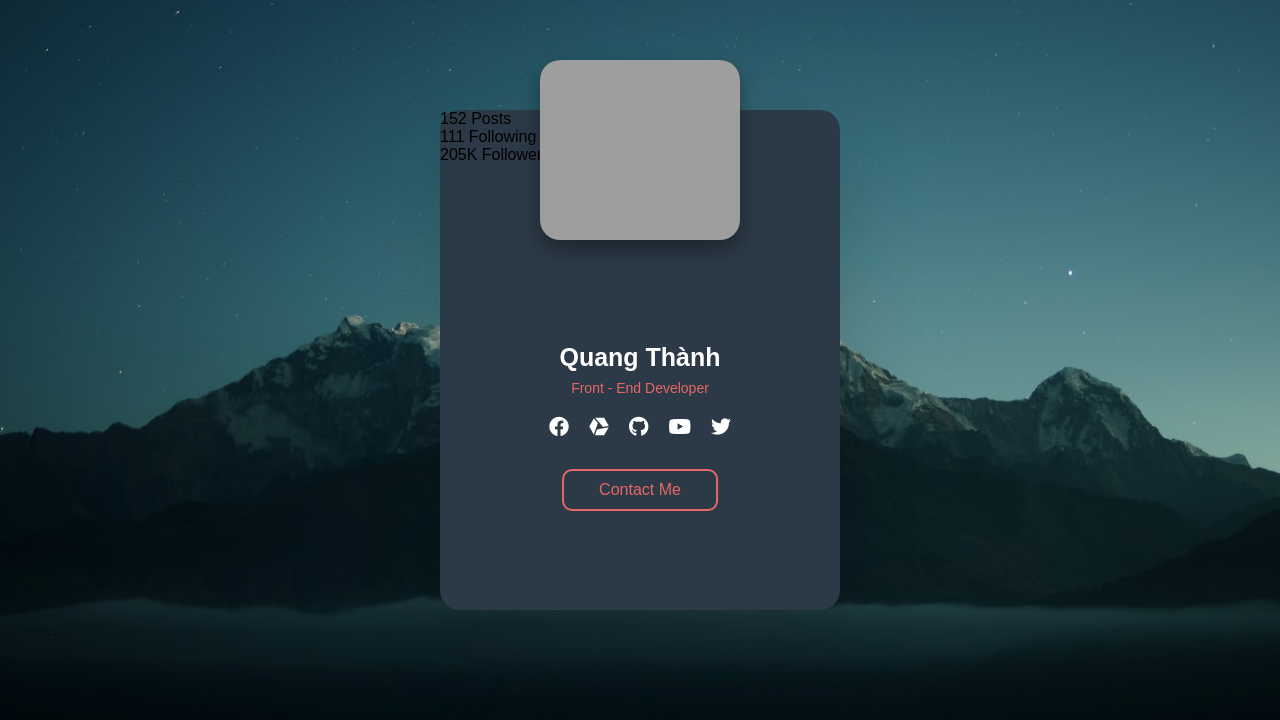
Repository: QuangThanh152/Profile-me
Page: index.html
The author's editor kept a copy of each file at every save. The page is drawn from the files as they stood at one save, then again after the next save.
The browser window is 1280 px wide. The pictures show the whole page.
Pictures or frames that could not be fetched are drawn as grey boxes.

Above is the page before, as saved 2022-10-07 15:49:47.

After the next save:
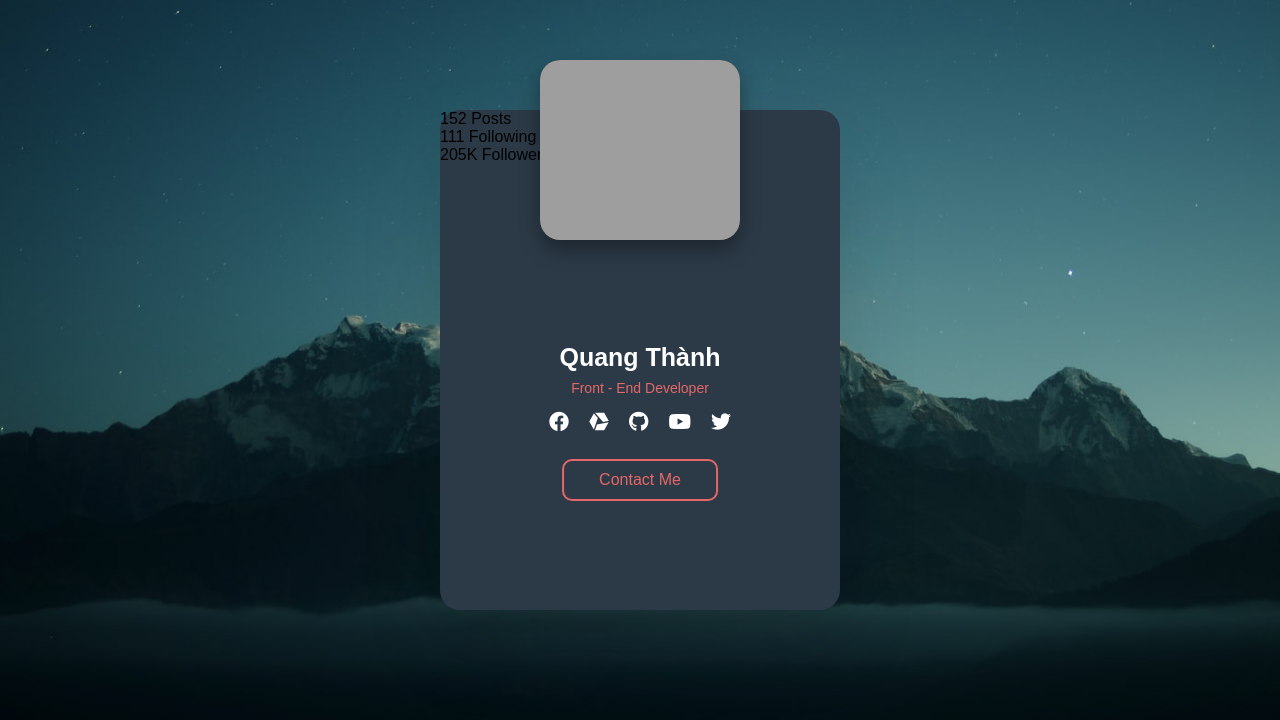
Saved 43 s later.
--- a/accets/main.css
+++ b/accets/main.css
@@ -70,13 +70,13 @@ body {
 }
 .desc {
     font-size: 14px;
-    padding: 0 0 20px 0;
+    padding: 0 0 15px 0;
     color: #e66767;
 }
 .SocialNetwork {
     display: flex;
     justify-content: center;
-    margin: 0 0 20px 0;
+    margin: 0 0 15px 0;
 }
 .SocialNetwork a{
     font-size: 20px;
